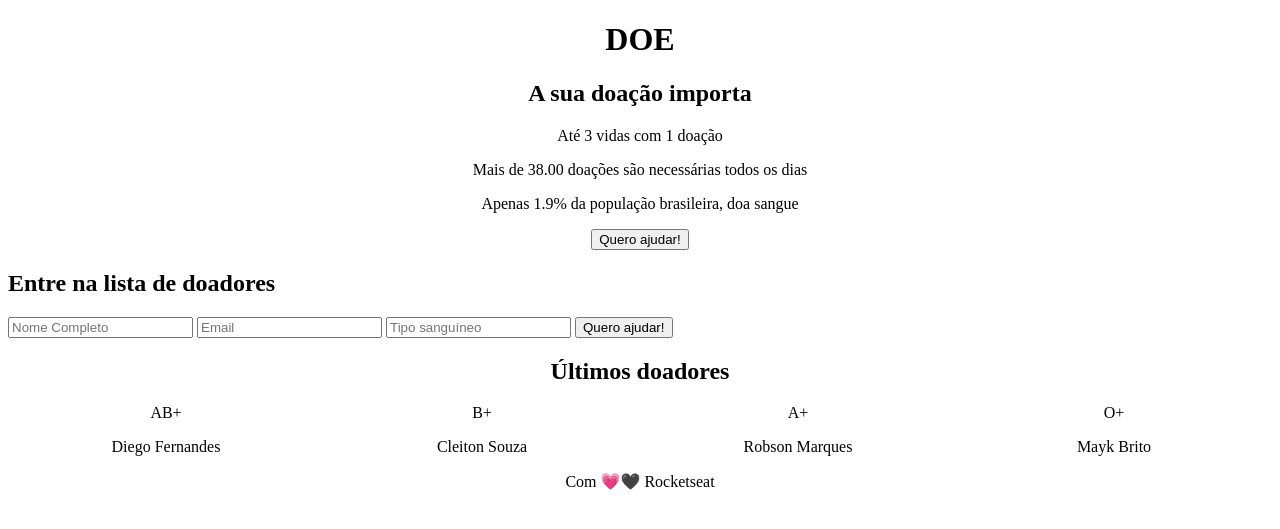
Repository: lucas-silva-dev/Doe
Page: index.html
An editor plug-in stored every save of this project. The page is shown before and after the next save, followed by the edit.
The browser window is 1280 px wide. The pictures show the whole page.

Above is the page before, as saved 2020-02-18 11:40:58.

After the next save:
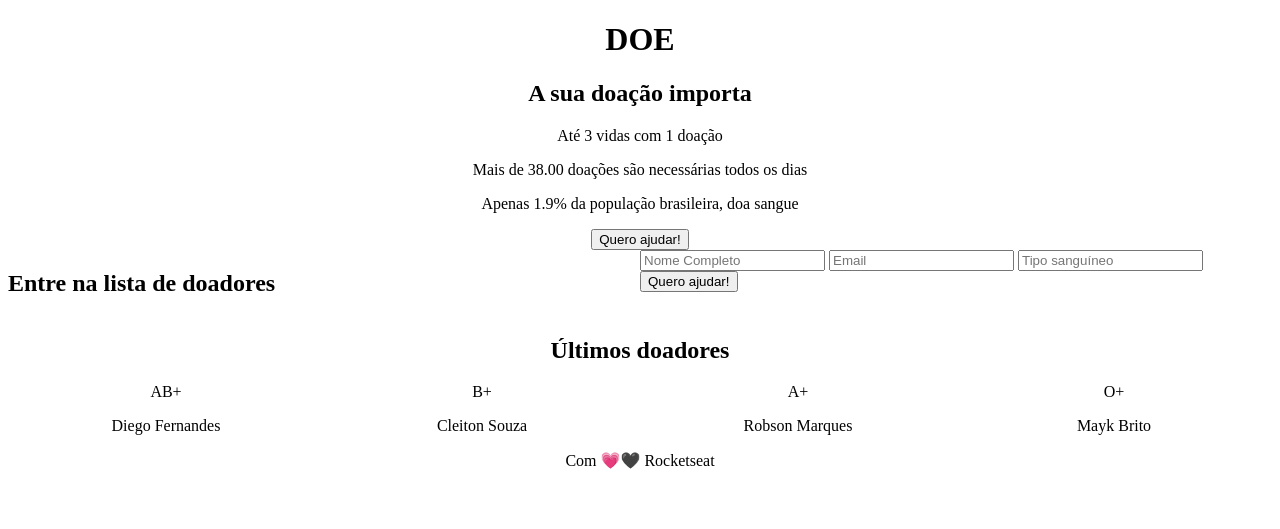
Saved 61 s later.
--- a/style.css
+++ b/style.css
@@ -14,3 +14,8 @@ section.donors {
   display: grid;
   grid-template-columns: 1fr 1fr 1fr 1fr;
 }
+
+.form {
+  display: grid;
+  grid-template-columns: 1fr 1fr;
+}
